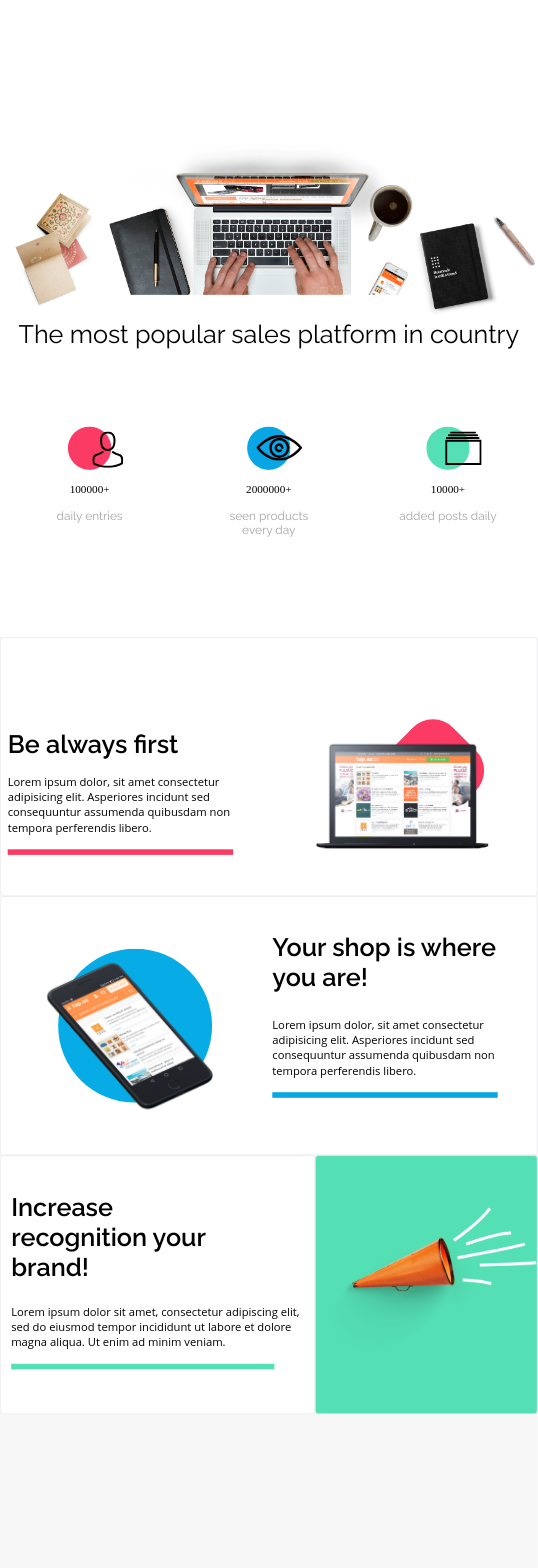
Repository: VolodymyrDubnytskyi/BestShop_project
Page: index.html
The author's editor kept a copy of each file at every save. The page is drawn from the files as they stood at one save, then again after the next save.
The browser window is 768 px wide. The pictures show the part of the page from y = 456 to 2696 px (the page is 4270 px tall), at 70% of full size.
Some web libraries are served in a nearby version.

Above is the page before, as saved 2020-01-17 19:54:23.

After the next save:
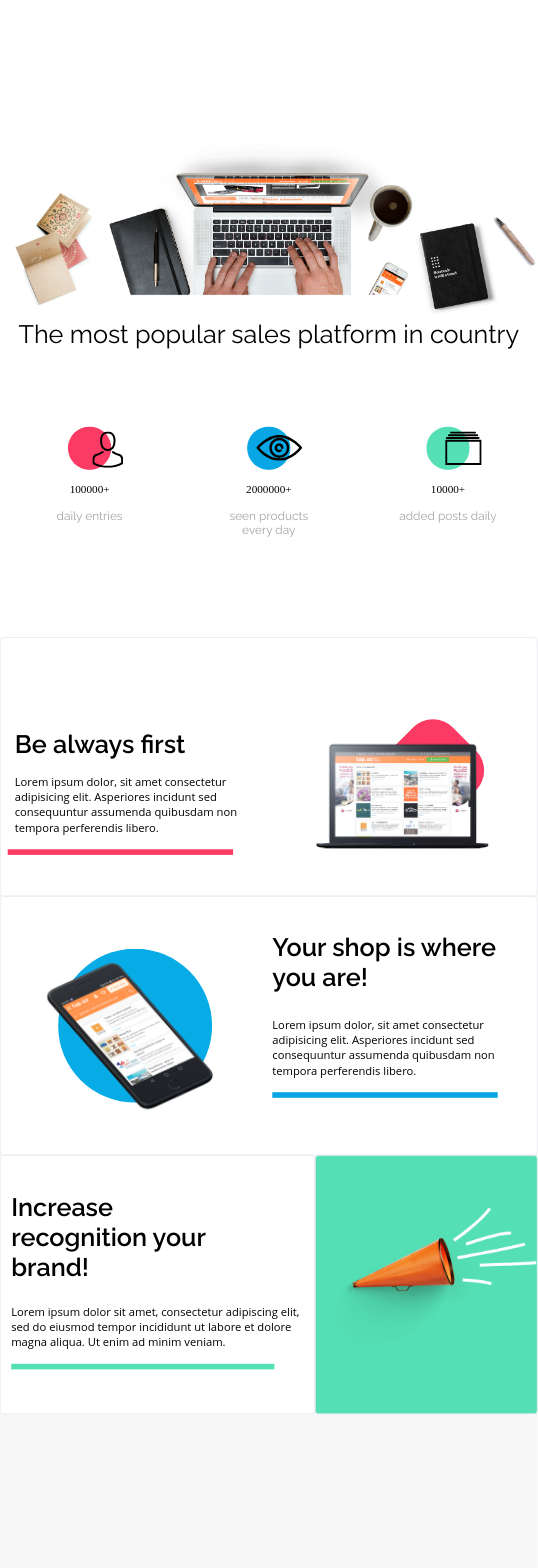
Saved 18 s later.
--- a/css/style.css
+++ b/css/style.css
@@ -859,10 +859,10 @@ background-color: #eb476d1d;
     margin-bottom: 0;
   }
   .main-content-info-box h2{
-    padding: 131px 0 0 10px;
+    padding: 131px 0 0 20px;
   }
   .main-content-info-box p{
-    padding: 20px 0 20px 10px;
+    padding: 20px 0 20px 20px;
   }
   .main-content-info-box hr {
     margin-left: 10px;
